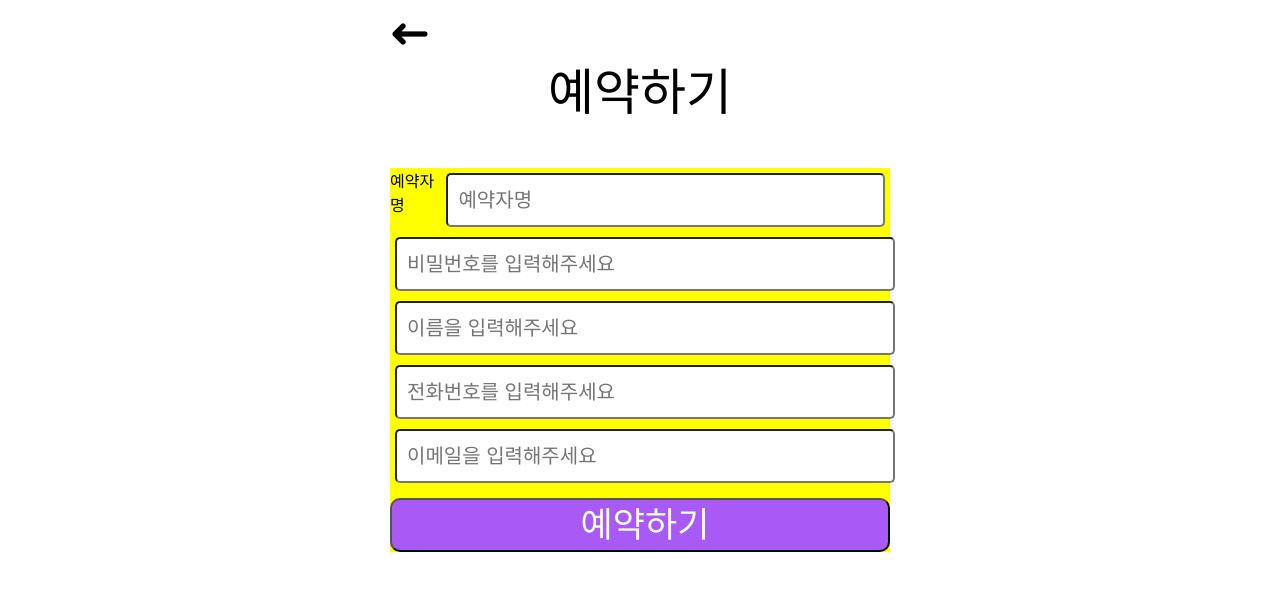
Repository: jaehunjeong4103/WebProject
Page: http://localhost/Web/view/reservation/reservation
These files come from the project's save history. The page is drawn as it stood at one moment and after the next save; the edit follows.
The browser window is 1280 px wide. The pictures show the whole page.
Some web fonts or font styles are not loaded; a fallback is used. The page is served by Tomcat 9. Other server files are loaded and not shown.

Above is the page before, as saved 2023-06-06 01:19:14.

### Web/src/main/webapp/WEB-INF/view/reservation/reservation.jsp
<%@ page language="java" contentType="text/html; charset=EUC-KR"
    pageEncoding="EUC-KR"%>
<!DOCTYPE html>
<html>
<head>
	<link rel="preconnect" href="https://fonts.googleapis.com">
	<link rel="preconnect" href="https://fonts.gstatic.com" crossorigin="crossorigin">
	<link href="https://fonts.googleapis.com/css2?family=Gowun+Dodum&family=Song+Myung&display=swap" rel="stylesheet">
	<link href="../../css/register.css?after" type="text/css" rel="stylesheet" />
	<link href="../../css/reservation.css?after" type="text/css" rel="stylesheet" />
	<meta charset="UTF-8">
<title>Insert title here</title>
</head>
<body>
	<header>
		<div id="arrow_body">
			<button onclick="history.back()"><image src="../../images/direction-arrow.png" alt="화살표" id="arrow"/></button>
		<div id="title">예약하기</div>
	</header>
	<div id="reservation_body">
		<form action="reservation" method="post">
			<section>
				<div class="input">
					<span>예약자명</span>
					<input type="text" placeholder="예약자명" class="input_text id" name="ID" value="${chkId}" readonly>
				</div>

				<input type="text" placeholder="비밀번호를 입력해주세요" class="input_text password" name="PASSWORD" readonly>
			  <input type="text" placeholder="이름을 입력해주세요" class="input_text name" name="NAME" readonly>
				<input type="text" placeholder="전화번호를 입력해주세요" class="input_text phone" name="PHONE" readonly>
				<input type="text" placeholder="이메일을 입력해주세요" class="input_text email" name="EMAIL" readonly>
		    <input type="submit" value="예약하기" class="button">
			</section>
		</form>
	</div>
</body>
</html>

### Web/src/main/java/controller/reservation/Reservation_controller.java
package controller.reservation;

import java.io.IOException;

import javax.servlet.ServletException;
import javax.servlet.annotation.WebServlet;
import javax.servlet.http.HttpServlet;
import javax.servlet.http.HttpServletRequest;
import javax.servlet.http.HttpServletResponse;

@WebServlet("/view/reservation/reservation")
public class Reservation_controller extends HttpServlet{
	@Override
	protected void doGet(HttpServletRequest request, HttpServletResponse response) throws ServletException, IOException {
		request.getRequestDispatcher("/WEB-INF/view/reservation/reservation.jsp").forward(request, response);
	}

	@Override
	protected void doPost(HttpServletRequest request, HttpServletResponse response) throws ServletException, IOException {
		request.getRequestDispatcher("/WEB-INF/view/reservation/reservation.jsp").forward(request, response);
	}
}

### Web/src/main/webapp/css/register.css
@charset "UTF-8";
* {padding: 0; margin: 0;}

button {border-width: 0;}

body {
	width: 500px;
	margin: auto;
	position: relative;
}

a#id_check {
	position: absolute;
	top: 191px;
	right: 10px;
}

img#arrow {
	width: 40px;
	height: 40px;
	position: absolute;
	transform: rotate(180deg);
}

div#title {
	font-size: 50px;
	text-align: center;
	line-height: 150px;
}

#section {
	margin-bottom: 20px;
	display: flex;
	flex-direction: row;
	justify-content: space-between;
}

label {
	width: 50%;
	font-size: 30px;
	line-height: 50px;
	text-align: center;
	color: gray;
	margin-left: 10px;
	margin-right: 20px;
}

input#male{
	margin-left: 20px;
}

input#male, input#female {
	position: relative;
	top: -4.5px;
}

.input_text {
	width: 100%;
	font-size: 20px;
	line-height: 50px;
	border-radius: 5px;
	padding-left: 10px;
	box-sizing: border-box;
	margin: 5px;
}

.button {
	width: 100%;
	margin: auto;
	margin-top: 10px;
	background-color: rgb(169, 89, 245);
	border-radius: 10px;
	text-align: center;
	font-size: 35px;
	color: azure;
	line-height: 50px;
	padding-left: 10px;
	box-sizing: border-box;
}

#register_button:disabled input type:submit{
	background-color: gray;
}

button:hover {cursor: pointer;}

.button:hover {cursor: pointer;}
.button:disabled {background-color: gray; color: white;}

a {
	color: black; text-decoration-line: none;
}

### Web/src/main/webapp/css/reservation.css
@charset "UTF-8";

* {margin: 0; padding: 0;}

div#reservation {
	width: 824px;
  margin: auto;
  border: 1px solid yellow;
  margin-top: 10px;
}

div#date_count {
	width: 784px;
	margin: auto;
	display: flex;
	flex-direction: row;
	justify-content: space-between;
	font-size: 20px;
}

div#date {
	width: 600px;
}

div#count {
	width: 200px;
	display: flex;
	flex-direction: row;
	justify-content: space-between;
	margin-bottom: 10px;
}

#room_box {
	width: 784px;
	margin: auto;
	margin-top: 10px;
	margin-bottom: 10px;
	border: 1px solid rgb(128, 0, 255);
	display: flex;
	flex-direction: column;
}

#room_list_head{
	width: 784px;
	height: 40px;
	margin: auto;
	display: flex;
	flex-direction: row;
	flex-wrap: nowrap;
	justify-content: space-between;
}

#room_list{
	width: 784px;
	margin: auto;
	display: flex;
	flex-direction: row;
	flex-wrap: wrap;
	justify-content: space-between;
}

#room_list_head div {
	font-size: 20px;
	text-align: center;
	line-height: 40px;
	border: 1px solid gray;
}

#room_list div {
	padding: 5px;
	font-size: 15px;
	border: 1px solid gray;
}

.room_name {
	width: 120px;
}
.room_max {
	width: 100px;
}
.room_price {
	width: 120px;
}
.room_facilities {
	width: 360px;
}
.room_reservation {
	width: 84px;
}

a.reserbation {
	color: black;
}

#room_list .room_name {
	text-align: center;
}

#room_list .room_max {
	text-align: center;
}

#room_list .room_reservation {
	text-align: center;
}

#reservation_body {
	width: 500px;
	margin: auto;
	position: relative;
	background-color: yellow;
}


.input {
	display: flex;
	flex-direction: row;
	flex-wrap: nowrap;
}

After the next save:
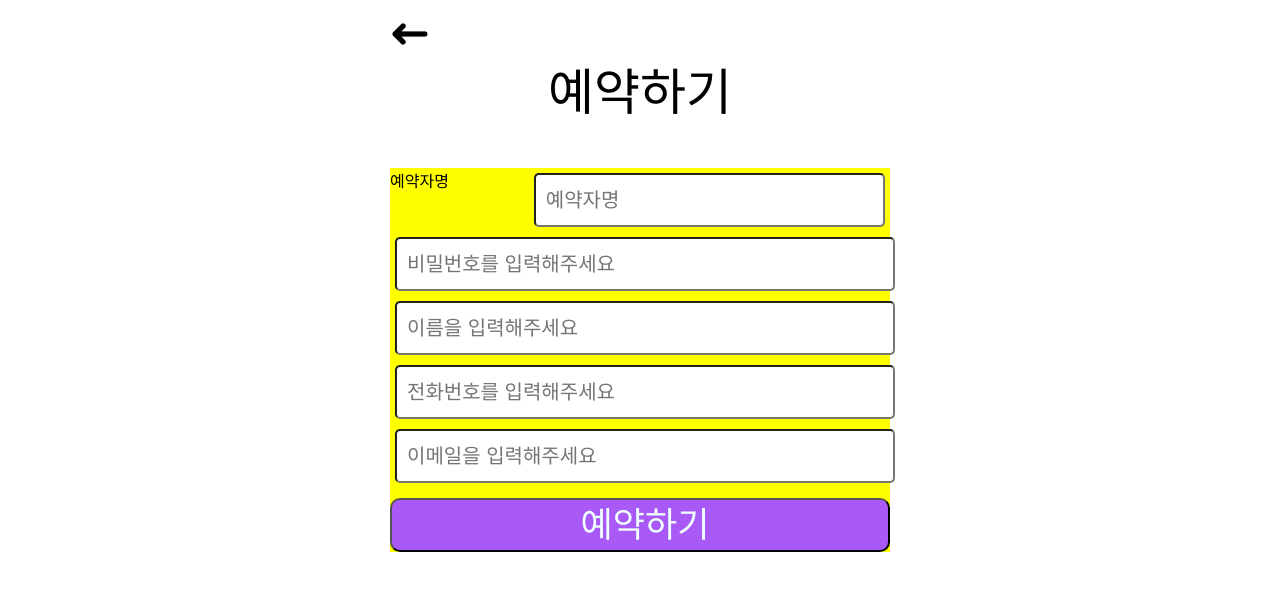
Saved 32 s later.
--- a/Web/src/main/webapp/css/reservation.css
+++ b/Web/src/main/webapp/css/reservation.css
@@ -111,6 +111,9 @@ a.reserbation {
 	background-color: yellow;
 }
 
+#reservation_body span {
+	width: 200px;
+}
 
 .input {
 	display: flex;
